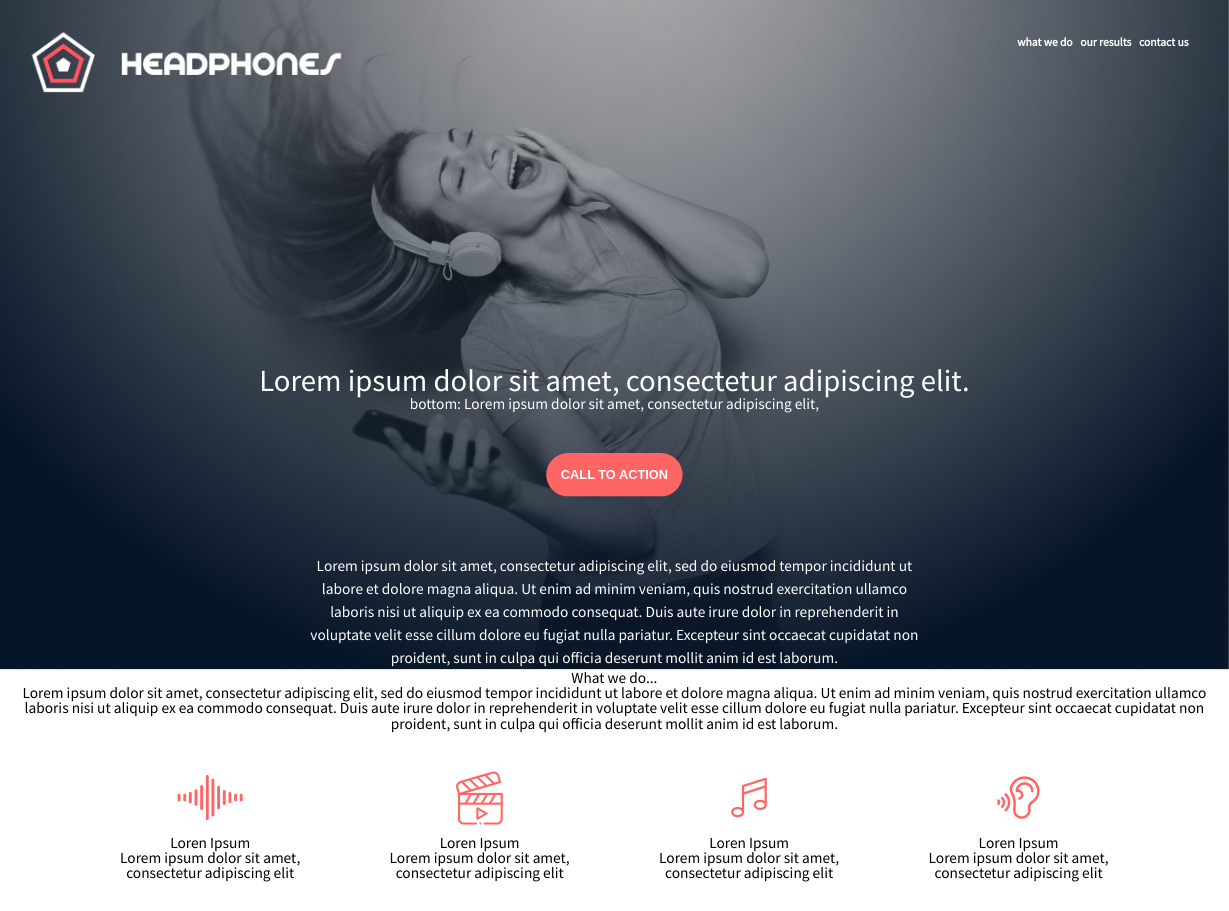
Repository: seleniadelgado/holbertonschool-web_front_end
Page: 0x09-implement_a_design_from_scratch/1-index.html
These files come from the project's save history. The page is drawn as it stood at one moment and after the next save; the edit follows.
The browser window is 1280 px wide. The pictures show the whole page, at 96% of full size.

Above is the page before, as saved 2020-03-20 13:04:50.

After the next save:
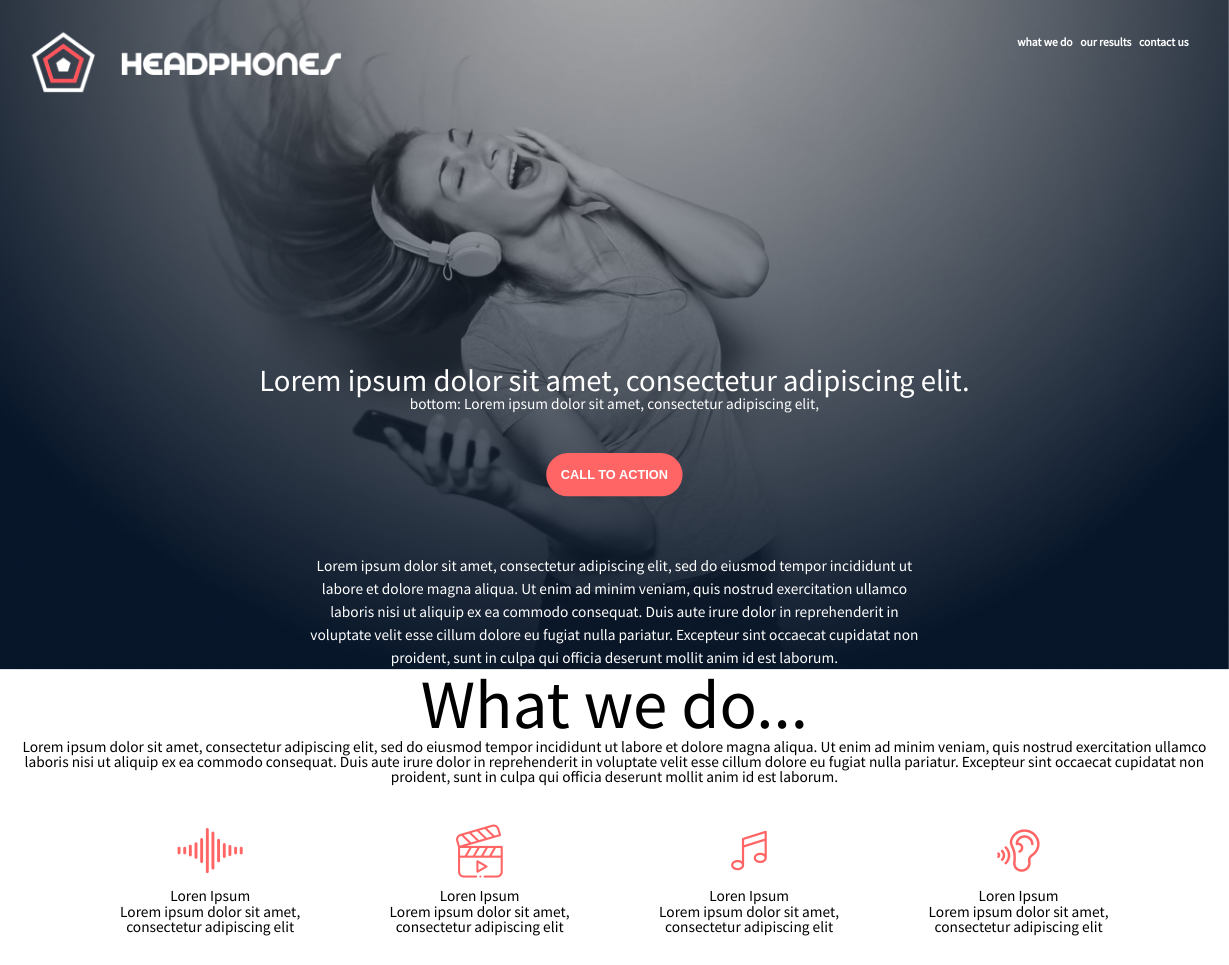
Saved 26 s later.
--- a/0x09-implement_a_design_from_scratch/1-styles.css
+++ b/0x09-implement_a_design_from_scratch/1-styles.css
@@ -242,5 +242,5 @@
 
 }
 .content h1 {
-    font-family: var(--font-size-xl);
-}
+    font-size: var(--font-size-xl);
+}
